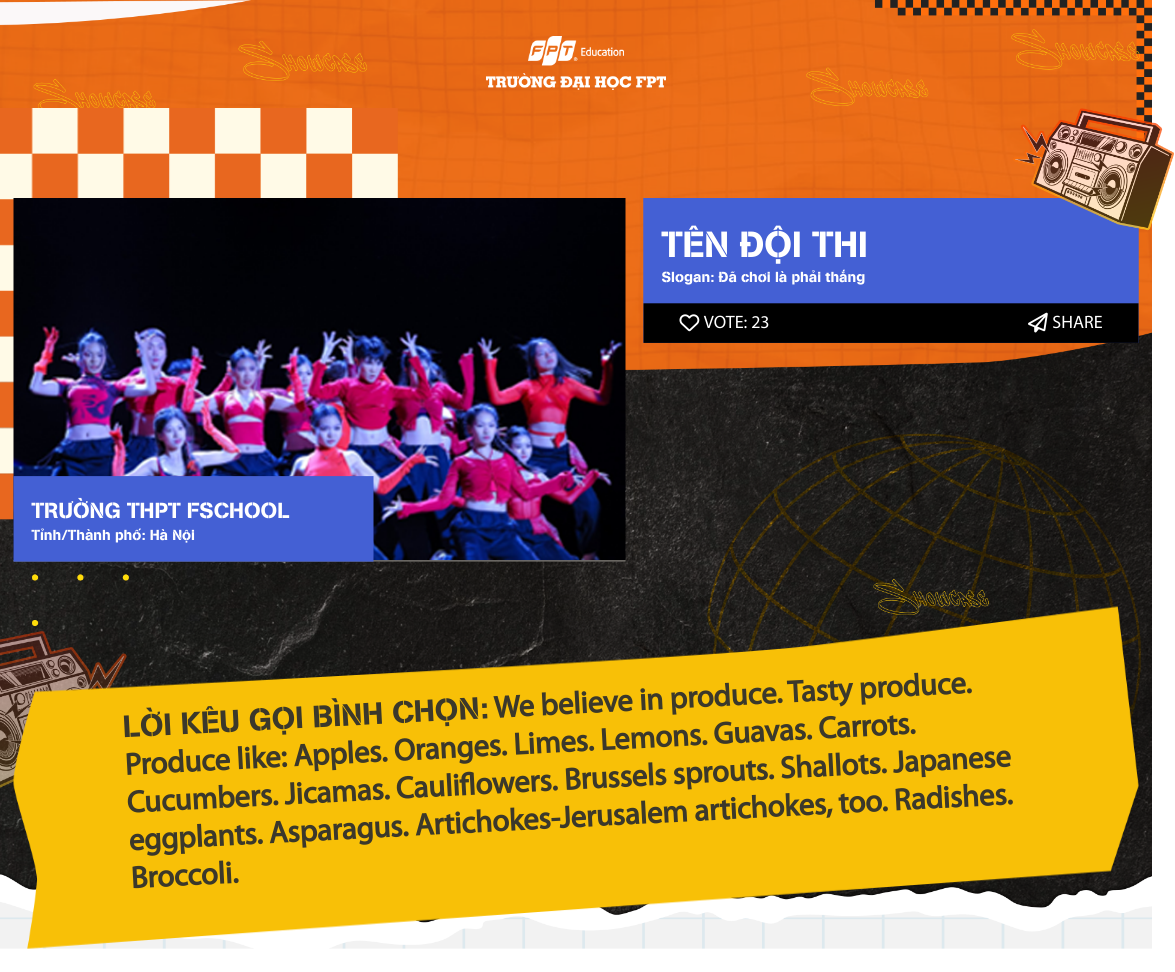
Repository: dinhtri123/hola_fpt
Page: detail.html
An editor plug-in stored every save of this project. The page is shown before and after the next save, followed by the edit.
The browser window is 1280 px wide. The page is 1305 px wide, so the pictures cover 1305 px, including what lies to the right of the window. The pictures show the whole page, at 90% of full size.

Above is the page before, as saved 2025-01-04 23:01:11.

After the next save:
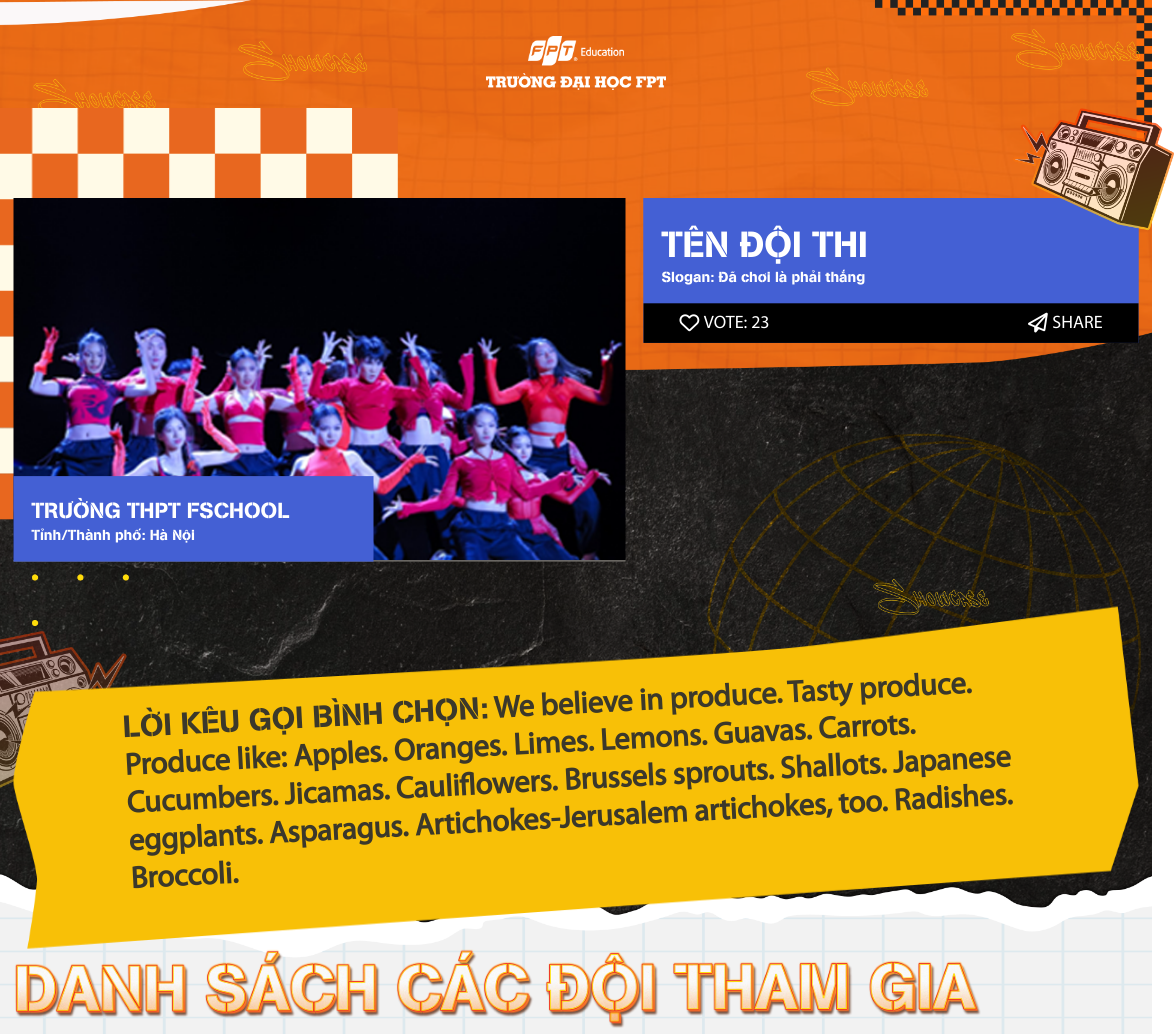
Saved 12 s later.
--- a/detail.html
+++ b/detail.html
@@ -51,7 +51,11 @@
           eggplants. Asparagus.
           Artichokes-Jerusalem artichokes, too. Radishes. Broccoli.</p>
       </div>
-
+      <div class="detail-list">
+        <h2>
+          <img src="./images/detail-title.png" alt="">
+        </h2>
+      </div>
     </div>
   </section>
 </body>
